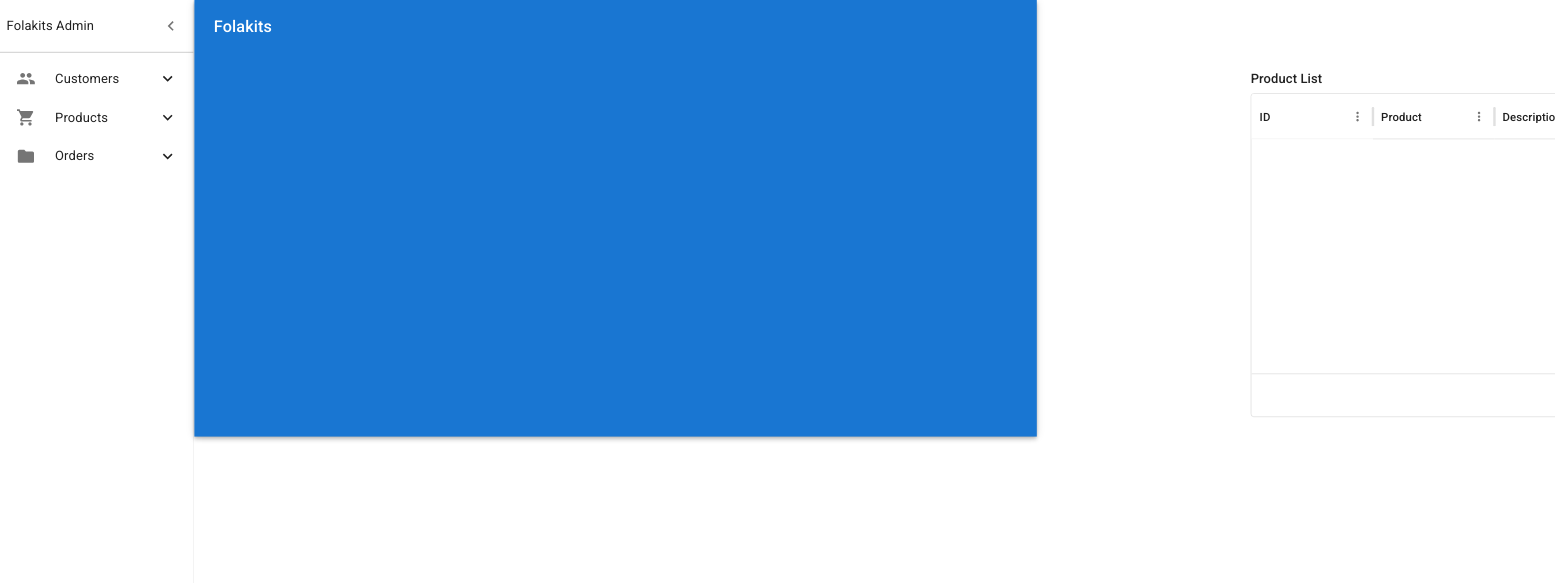
Repository: Celebration-cloud/folakits
Page: /admin
The author's editor kept a copy of each file at every save. The page is drawn from the files as they stood at one save, then again after a run of saves.
The browser window is 1280 px wide. The page is 2420 px wide, then 1455 px, so the pictures cover 1920 px, including what lies to the right of the window. The pictures show the whole page, at 81% of full size.
The page's requests for data from a server got no answer. The project was rebuilt for these pictures with package versions that can differ from the ones it lists, and the page was loaded fresh each time. Some packages were replaced by stand-ins written for this rebuild. No one was signed in, and anything a server would have sent is missing. Also part of the build but not shown: vite.config.js, src/components/admin/NewProduct.module.css, src/components/admin/FileUploaders.jsx, server/firebase/NewProductServerside.jsx, src/components/reuseable/spinner/Spinner.jsx, src/components/admin/NewProduct.jsx, src/components/admin/CustomerList.module.css, src/components/admin/CustomerList.jsx and 4 more.

Above is the page before, as saved 2024-07-11 14:39:46.

### index.html
<!DOCTYPE html>
<html lang="en">
  <head>
    <meta charset="UTF-8" />
    <link rel="icon" type="image/svg+xml" href="/public/OIG3.jpeg" />
    <meta name="viewport" content="width=device-width, initial-scale=1.0" />
    <link
      rel="stylesheet"
      href="https://cdnjs.cloudflare.com/ajax/libs/font-awesome/6.5.2/css/all.min.css"
      integrity="sha512-SnH5WK+bZxgPHs44uWIX+LLJAJ9/2PkPKZ5QiAj6Ta86w+fsb2TkcmfRyVX3pBnMFcV7oQPJkl9QevSCWr3W6A=="
      crossorigin="anonymous"
      referrerpolicy="no-referrer"
    />
    <link
      rel="stylesheet"
      href="https://cdnjs.cloudflare.com/ajax/libs/font-awesome/6.5.2/css/fontawesome.min.css"
      integrity="sha512-UuQ/zJlbMVAw/UU8vVBhnI4op+/tFOpQZVT+FormmIEhRSCnJWyHiBbEVgM4Uztsht41f3FzVWgLuwzUqOObKw=="
      crossorigin="anonymous"
      referrerpolicy="no-referrer"
    />
    <link
      href="https://cdn.jsdelivr.net/npm/bootstrap@5.0.2/dist/css/bootstrap.min.css"
      rel="stylesheet"
      integrity="sha384-EVSTQN3/azprG1Anm3QDgpJLIm9Nao0Yz1ztcQTwFspd3yD65VohhpuuCOmLASjC"
      crossorigin="anonymous"
    />

    <link rel="preconnect" href="https://fonts.googleapis.com" />
    <link rel="preconnect" href="https://fonts.gstatic.com" crossorigin />
    <link
      rel="stylesheet"
      href="https://fonts.googleapis.com/css2?family=Roboto:wght@300;400;500;700&display=swap"
    />
    <link
      rel="stylesheet"
      href="https://fonts.googleapis.com/icon?family=Material+Icons"
    />

    <title>FolaKits</title>
  </head>
  <body>
    <div id="root"></div>
    <script type="module" src="/src/main.jsx"></script>
    <script
      src="https://cdn.jsdelivr.net/npm/@popperjs/core@2.9.2/dist/umd/popper.min.js"
      integrity="sha384-IQsoLXl5PILFhosVNubq5LC7Qb9DXgDA9i+tQ8Zj3iwWAwPtgFTxbJ8NT4GN1R8p"
      crossorigin="anonymous"
    ></script>
    <script
      src="https://cdn.jsdelivr.net/npm/bootstrap@5.0.2/dist/js/bootstrap.min.js"
      integrity="sha384-cVKIPhGWiC2Al4u+LWgxfKTRIcfu0JTxR+EQDz/bgldoEyl4H0zUF0QKbrJ0EcQF"
      crossorigin="anonymous"
    ></script>
  </body>
</html>

### src/main.jsx
import React from 'react'
import ReactDOM from 'react-dom/client'
import App from './App.jsx'
import './index.css'
import "@fontsource/roboto/300.css";
import "@fontsource/roboto/400.css";
import "@fontsource/roboto/500.css";
import "@fontsource/roboto/700.css";

ReactDOM.createRoot(document.getElementById('root')).render(
  <React.StrictMode>
    <App />
  </React.StrictMode>,
)

### src/App.jsx
import { BrowserRouter, Route, Routes } from "react-router-dom";
import { lazy, Suspense } from "react";
// import Spinner from "./components/reuseable/spinner/Spinner";

// Lazy load all components
const AdminDashboard = lazy(() => import('./layout/AdminDashboard/AdminDashboard'))
const FolaKits = lazy(() => import("./layout/Homepage/Folakits"));
const Shop = lazy(() => import("./layout/Shop/Shop"));
const Contact = lazy(() => import("./layout/Contact/Contact"));
const About = lazy(() => import("./layout/About/About"));
const Log = lazy(() => import("./layout/Log/Log"));
const Cart = lazy(() => import("./layout/Cart/Cart"));
const Details = lazy(() => import("./components/details/Details"));
const Spinner = lazy(() => import("./components/reuseable/spinner/Spinner"));

function App() {
  return (
    <BrowserRouter>
      <Suspense fallback={<Spinner />}>
        {" "}
        {/* Provide a fallback while components are loading */}
        <Routes>
          <Route path="/admin" element={<AdminDashboard/>}/>
          <Route path="/" element={<FolaKits />} />
          <Route path="/log" element={<Log />} />
          <Route path="/:name" element={<Shop />} />
          <Route path="/shop/:name" element={<Details/>} />

          <Route path="/contact" element={<Contact />} />
          <Route path="/about" element={<About />} />
          <Route path="/cart" element={<Cart />} />
          {/* Corrected the path for Cart */}
          <Route path="/log/wishlist" element={<Log name="wishlist" />} />
          <Route path="/log/orders" element={<Log name="orders" />} />
          <Route path="/log/settings" element={<Log name="settings" />} />
          <Route path="/log/address" element={<Log name="address" />} />
          {/* Corrected the path for WishList */}
        </Routes>
      </Suspense>
    </BrowserRouter>
  );
}

export default App;

### src/index.css
:root {
  font-family: Verdana, Geneva, Tahoma, sans-serif;
  line-height: 1.5;
  font-weight: 400;
  color-scheme: light dark;
  color: black;
  background-color: white;
  text-rendering: optimizeLegibility;
  -webkit-font-smoothing: antialiased;
  -moz-osx-font-smoothing: grayscale;
}

a {
  font-weight: 500;
  color: #646cff;
  text-decoration: inherit;
}

a:hover {
  color: #535bf2;
}

body {
  margin: 0;
}

h1 {
  font-size: 3.2em;
  line-height: 1.1;
}

button {
  border-radius: 8px;
  border: 1px solid transparent;
  padding: 0.6em 1.2em;
  font-size: 1em;
  font-weight: 500;
  font-family: inherit;
  background-color: #1a1a1a;
  cursor: pointer;
  transition: border-color 0.25s;
}

button:hover {
  border-color: #646cff;
}

button:focus,
button:focus-visible {
  outline: 4px auto -webkit-focus-ring-color;
}

@media (prefers-color-scheme: light) {
  :root {
    color: #213547;
    background-color: #ffffff;
  }

  a:hover {
    color: #747bff;
  }

  button {
    background-color: #f9f9f9;
  }
}

### src/layout/AdminDashboard/AdminDashboard.jsx
import AdminDashboardNav from "../../components/admin/AdminDashboardNav"

function AdminDashboard() {
  return (
    <div>
      <AdminDashboardNav/>
    </div>
  )
}

export default AdminDashboard

### src/components/admin/AdminDashboardNav.jsx
import * as React from "react";
import { styled, useTheme } from "@mui/material/styles";
import Box from "@mui/material/Box";
import MuiDrawer from "@mui/material/Drawer";
import MuiAppBar from "@mui/material/AppBar";
import Toolbar from "@mui/material/Toolbar";
import CssBaseline from "@mui/material/CssBaseline";
import Typography from "@mui/material/Typography";
import IconButton from "@mui/material/IconButton";
import MenuIcon from "@mui/icons-material/Menu";
import useWidthSize from "../reuseable/width/useWidthSize";
import Draw from "./Draw";
import ProductList from "./ProductList";
import NewProduct from "./NewProduct";
import CustomerList from "./CustomerList";
import OrderList from "./OrderList";
const drawerWidth = 240;
let menuWidth;
const openedMixin = (theme) => ({
  position: menuWidth < 700 && 'absolute',
  top: "0px",
  height: "100%",
  width: drawerWidth,
  transition: theme.transitions.create("width", {
    easing: theme.transitions.easing.sharp,
    duration: theme.transitions.duration.enteringScreen,
  }),
  overflowX: "hidden",
});

const closedMixin = (theme) => ({
  transition: theme.transitions.create('width', {
    easing: theme.transitions.easing.sharp,
    duration: theme.transitions.duration.leavingScreen,
  }),
  overflowX: 'hidden',
  width: menuWidth < 500 ? `calc(${theme.spacing(0)} + 1px)` :  ` calc(${theme.spacing(8)} + 5px)`,
  [theme.breakpoints.up('sm')]: {
    width: `calc(${theme.spacing(8)} + 1px)`,
  },
});


const DrawerHeader = styled("div")(({ theme }) => ({
  display: "flex",
  alignItems: "center",
  justifyContent: "flex-end",
  padding: theme.spacing(0, 1),
  // necessary for content to be below app bar
  ...theme.mixins.toolbar,
}));

const AppBar = styled(MuiAppBar, {
  shouldForwardProp: (prop) => prop !== "open",
})(({ theme, open }) => ({
  zIndex: theme.zIndex.drawer + 1,
  transition: theme.transitions.create(["width", "margin"], {
    easing: theme.transitions.easing.sharp,
    duration: theme.transitions.duration.leavingScreen,
  }),
  ...(open && {
    marginLeft: drawerWidth,
    width: `calc(100% - ${drawerWidth}px)`,
    transition: theme.transitions.create(["width", "margin"], {
      easing: theme.transitions.easing.sharp,
      duration: theme.transitions.duration.enteringScreen,
    }),
  }),
}));

const Drawer = styled(MuiDrawer, {
  shouldForwardProp: (prop) => prop !== "open",
})(({ theme, open }) => ({
  width: drawerWidth,
  flexShrink: 0,
  whiteSpace: "nowrap",
  boxSizing: "border-box",
  ...(open && {
    ...openedMixin(theme),
    "& .MuiDrawer-paper": openedMixin(theme),
  }),
  ...(!open && {
    ...closedMixin(theme),
    "& .MuiDrawer-paper": closedMixin(theme),
  }),
}));

export default function AdminDashboardNav() {
  const theme = useTheme();
  const {width} = useWidthSize()
  const [open, setOpen] = React.useState(false);
  const [outlet, setOutlet] = React.useState("Product List");
  const [opens, setOpens] = React.useState(false);
  const [opens1, setOpens1] = React.useState(false);
  const [opens2, setOpens2] = React.useState(false);
  const dashMenu = ["Customers", "Products", "Orders"];
  menuWidth = width
  const subMenu = [
    ["Customer's List"],
    ["Product List",  "New Product"],
    ["Order List"]
  ]
  React.useCallback(
    () => {
      if(width > 900){
    setOpen(true)
  }else{
    setOpen(false)
  }
    },
    [width],
  )
  React.useEffect(() => {
     if (width > 900) {
       setOpen(true);
     }else{
      setOpen(false)
     }

  }, [width])



  const handleClick = (id) => {
    if(id === 0){

      setOpens(!opens);
    }
    if(id === 1){

      setOpens1(!opens1);
    }
    if(id === 2){

      setOpens2(!opens2);
    }
  };
  const sect = (id)=> {
    if (id === 0) {
      return opens
    }
    if (id === 1) {
      return opens1
    }
    if (id === 2) {
      return opens2
    }
  }
  const handleDrawerOpen = () => {
    setOpen(true);
  };

  const handleDrawerClose = () => {
    setOpen(false);
  };
  return (
    <Box sx={{ display: "flex" }}>
      <CssBaseline />
      <AppBar position="sticky" style={{}} open={open}>
        <Toolbar>
          <IconButton
            color="inherit"
            aria-label="open drawer"
            onClick={handleDrawerOpen}
            edge="start"
            sx={{
              marginRight: 5,
              ...(open && { display: "none" }),
            }}
          >
            <MenuIcon />
          </IconButton>
          <Typography variant="h6" noWrap component="div">
            Folakits
          </Typography>
        </Toolbar>
      </AppBar>
      <Draw
        handleDrawerClose={handleDrawerClose}
        sect={sect}
        handleClick={handleClick}
        subMenu={subMenu}
        theme={theme}
        Drawer={Drawer}
        DrawerHeader={DrawerHeader}
        open={open}
        width={width}
        outlet={outlet}
        opens={opens}
        setOutlet={setOutlet}
      />

      <Box component="main" sx={{ flexGrow: 1, p: 3 }}>
        <DrawerHeader />
        {outlet === "Customer's List" && (
          <div>
            <h6>{outlet}</h6>
            <CustomerList/>
          </div>
        )}
        {outlet === "Product List" && (
          <div>
            <h6>{outlet}</h6>
            <ProductList/>
          </div>
        )}
        {outlet === "New Product" && (
          <div >
            <h6>{outlet}</h6>
            <br/>
            <NewProduct/>
          </div>
        )}
        {outlet === "Order List" && (
          <div >
          <h6>{outlet}</h6>
          <OrderList/>
        </div>
        )}

      </Box>
    </Box>
  );
}

### src/components/reuseable/width/useWidthSize.jsx
/* eslint-disable no-undef */
import { useEffect, useState } from "react";

function useWidthSize(){
    const [width, setWidth] = useState(window.innerWidth)
    useEffect(() => {
        const width = () => {
            setWidth(window.innerWidth)
        }
        window.addEventListener("resize", width)
      return () => {
        window.removeEventListener('resize', width)
      }
    }, [setWidth])
    return {width}
}


export default useWidthSize

### src/components/admin/Draw.jsx
/* eslint-disable react/prop-types */
import React from 'react'
import ChevronLeftIcon from "@mui/icons-material/ChevronLeft";
import ChevronRightIcon from "@mui/icons-material/ChevronRight";
import ListItem from "@mui/material/ListItem";
import ListItemButton from "@mui/material/ListItemButton";
import ListItemIcon from "@mui/material/ListItemIcon";
import ListItemText from "@mui/material/ListItemText";
import Divider from "@mui/material/Divider";
import List from "@mui/material/List";
import Typography from "@mui/material/Typography";
import IconButton from "@mui/material/IconButton";
import ExpandLess from '@mui/icons-material/ExpandLess';
import ExpandMore from '@mui/icons-material/ExpandMore';
import { Collapse } from '@mui/material';
import CircleIcon from "@mui/icons-material/Circle";
import FolderIcon from "@mui/icons-material/Folder";
import ShoppingCartIcon from "@mui/icons-material/ShoppingCart";
import PeopleIcon from "@mui/icons-material/People";
function Draw({
  handleDrawerClose,
  sect,
  handleClick,
  subMenu,
  theme,
  Drawer,
  DrawerHeader,
  open,
  width,
  outlet,
  opens,
  setOutlet,
}) {
  function arrow(id){
    return sect(id) ? <ExpandLess /> : <ExpandMore />;
  }
  return (
    <Drawer variant="permanent" open={open}>
      <DrawerHeader
        sx={{
          display: "inline-flex",
          alignItems: "center",
          justifyContent: "space-between",
        }}
      >
        <Typography>Folakits Admin</Typography>
        <IconButton onClick={handleDrawerClose}>
          {theme.direction === "rtl" ? (
            <ChevronRightIcon />
          ) : (
            <ChevronLeftIcon />
          )}
        </IconButton>
      </DrawerHeader>
      <Divider />
      <List>
        {["Customers", "Products", "Orders"].map((text, index) => (
          <ListItem key={text} disablePadding sx={{ display: "block" }}>
            <ListItemButton
              sx={{
                minHeight: 48,
                justifyContent: open ? "initial" : "center",
                px: 2.5,
              }}
              onClick={() => handleClick(index)}
            >
              <ListItemIcon
                sx={{
                  minWidth: 0,
                  mr: open ? 3 : "auto",
                  justifyContent: "center",
                }}
              >
                {index === 0 && <PeopleIcon />}
                {index === 1 && <ShoppingCartIcon />}
                {index === 2 && <FolderIcon />}
              </ListItemIcon>
              <ListItemText primary={text} sx={{ opacity: open ? 1 : 0 }} />
              {open && arrow(index)}
            </ListItemButton>
            <Collapse in={sect(index)} timeout="auto" unmountOnExit>
              <List component="div" disablePadding>
                {subMenu[index].map((item, idx) => (
                  <ListItemButton
                    key={idx}
                    onClick={() => {
                      setOutlet(item);
                      if (width < 500) {
                        handleClick();
                      }
                    }}
                    sx={{ pl: 4 }}
                  >
                    <ListItemIcon>
                      <CircleIcon sx={{ width: "10px" }} />
                    </ListItemIcon>
                    <ListItemText primary={item} />
                  </ListItemButton>
                ))}
              </List>
            </Collapse>
          </ListItem>
        ))}
      </List>
    </Drawer>
  );
}

export default Draw

### src/components/admin/ProductList.module.css
/* ProductList.module.css */
.productListContainer{
    min-width: 140px;
    height: 400px;
}

.product-card {
  border: 1px solid #ddd;
  padding: 16px;
  margin-bottom: 16px;
  display: flex;
  align-items: center;
}

.product-image {
  width: 80px;
  height: 80px;
  object-fit: cover;
  margin-right: 16px;
}

.product-title {
  font-size: 18px;
  font-weight: bold;
}

.product-description {
  font-size: 14px;
  color: #777;
}

.product-price {
  font-size: 16px;
  font-weight: bold;
}

/* Add hover effect */
.product-card:hover {
  background-color: #f9f9f9;
  box-shadow: 0 2px 4px rgba(0, 0, 0, 0.1);
}

/* ProductList.module.css */

.quantityCell {
  display: inline-flex;
  flex-direction: column;
  justify-content: center;
  align-items: center;
  padding: 5px;
  border-radius: 4px;
  font-weight: light;
}

.available {
  background-color: #4caf50; /* Green background for available items */
  color: white;
  display: inline-flex;
  flex-direction: column;
  justify-content: center;
  width: 100%;
  height: 30px;
}

.unavailable {
  background-color: #f44336; /* Red background for unavailable items */
  color: white;
  display: inline-flex;
  flex-direction: column;
  justify-content: center;
  width: 100%;
  height: 30px;
}
.action:hover{
  background-color: rgb(60, 142, 204);
  border-radius: 100%;
  color: white;
  padding: 2px;
}

### server/firebase/firebaseConfig.jsx
// Import the functions you need from the SDKs you need
import { initializeApp } from "firebase/app";
import { getStorage } from "firebase/storage";
import { getFirestore } from "firebase/firestore";
// TODO: Add SDKs for Firebase products that you want to use
// https://firebase.google.com/docs/web/setup#available-libraries

// Your web app's Firebase configuration
const apiKey = import.meta.env.VITE_API_KEY;
const authDomain = import.meta.env.VITE_AUTH_DOMAIN;
const projectId = import.meta.env.VITE_PROJECT_ID;
const storageBucket = import.meta.env.VITE_STORAGE_BUCKET;
const messagingSenderId = import.meta.env.VITE_MESSAGING_SENDER_ID;
const appId = import.meta.env.VITE_APP_ID;


const firebaseConfig = {
  apiKey: apiKey,
  authDomain: authDomain,
  projectId: projectId,
  storageBucket: storageBucket,
  messagingSenderId: messagingSenderId,
  appId: appId,
};

// Initialize Firebase
const app = initializeApp(firebaseConfig);
export const db = getFirestore(app)
export const storage = getStorage(app)

Loaded but not shown: src/components/admin/ProductList.jsx (208 lines, source omitted)

After the next 6 saves:
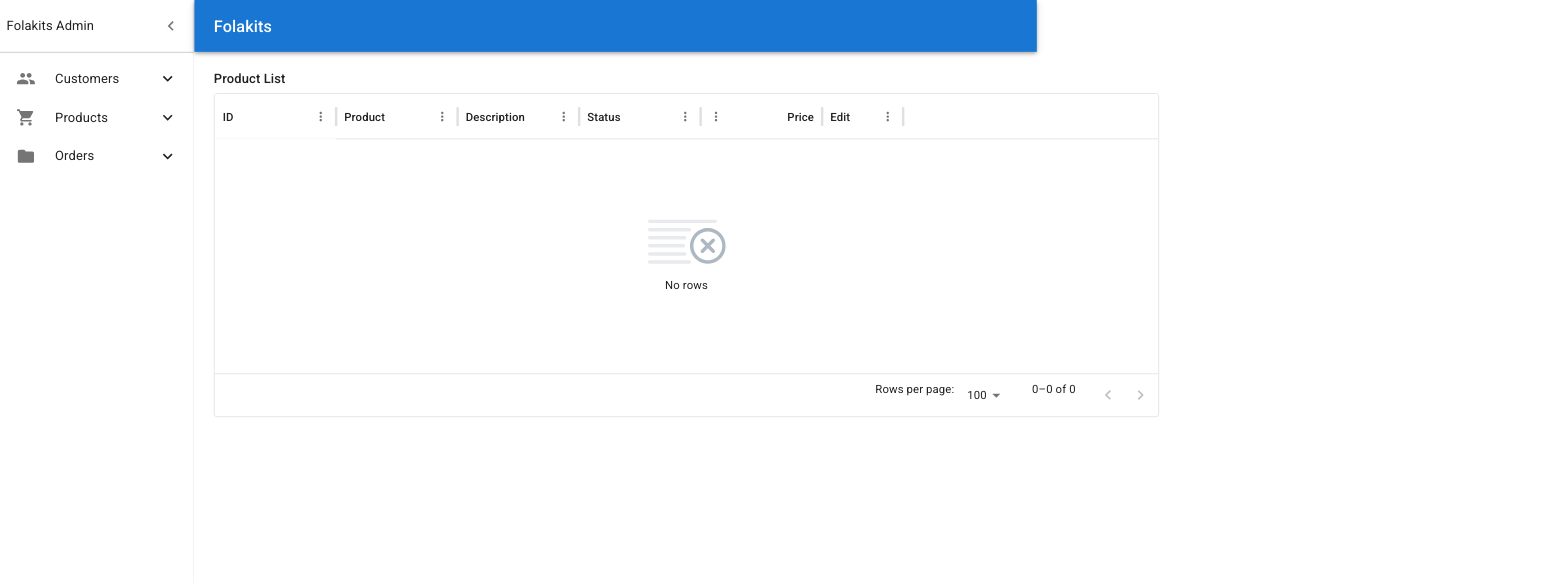
The 6 saves are shown as one change because they came seconds apart.
The last was saved 11 s later.
--- a/src/components/admin/AdminDashboardNav.jsx
+++ b/src/components/admin/AdminDashboardNav.jsx
@@ -156,7 +156,7 @@
   return (
     <Box sx={{ display: "flex" }}>
       <CssBaseline />
-      <AppBar position="sticky" style={{}} open={open}>
+      <AppBar position="sticky" style={{position: "absolute"}} open={open}>
         <Toolbar>
           <IconButton
             color="inherit"
